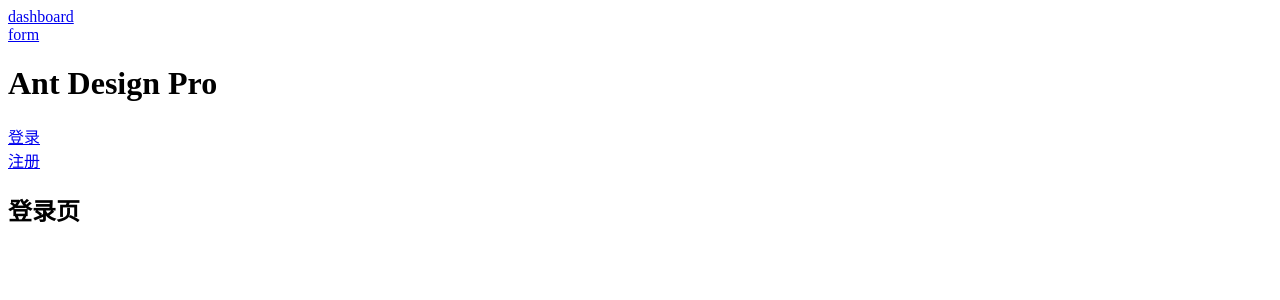
Repository: wangqt93/Ant-design-pro
Page: /user
These files come from the project's save history. The page is drawn as it stood at one moment and after a run of saves; the edit follows.
The browser window is 1280 px wide. The pictures show the whole page.
The project was rebuilt for these pictures with package versions that can differ from the ones it lists, and the page was loaded fresh each time. Also part of the build but not shown: src/views/404.vue. Imported but missing from the stored project, and not drawn on this page: src/layouts/SiderMenu.

Above is the page before, as saved 2020-11-21 21:27:26.

After the next 2 saves:
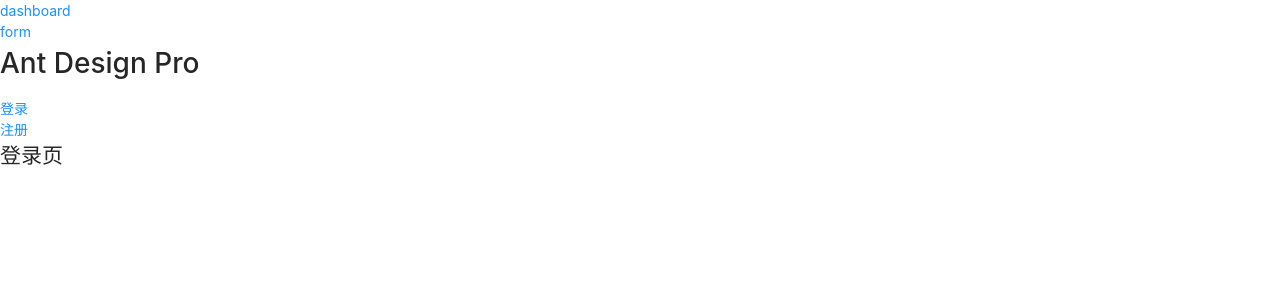
The 2 saves are shown as one change because they came seconds apart.
The last was saved 16 h 0 min later.
--- a/src/main.js
+++ b/src/main.js
@@ -3,7 +3,8 @@
 import "./registerServiceWorker";
 import router from "./router";
 import store from "./store";
-import { Layout }  from "ant-design-vue"
+import { Layout }  from "ant-design-vue";
+import "ant-design-vue/lib/layout/style/css";
 
 Vue.config.productionTip = false;
 
